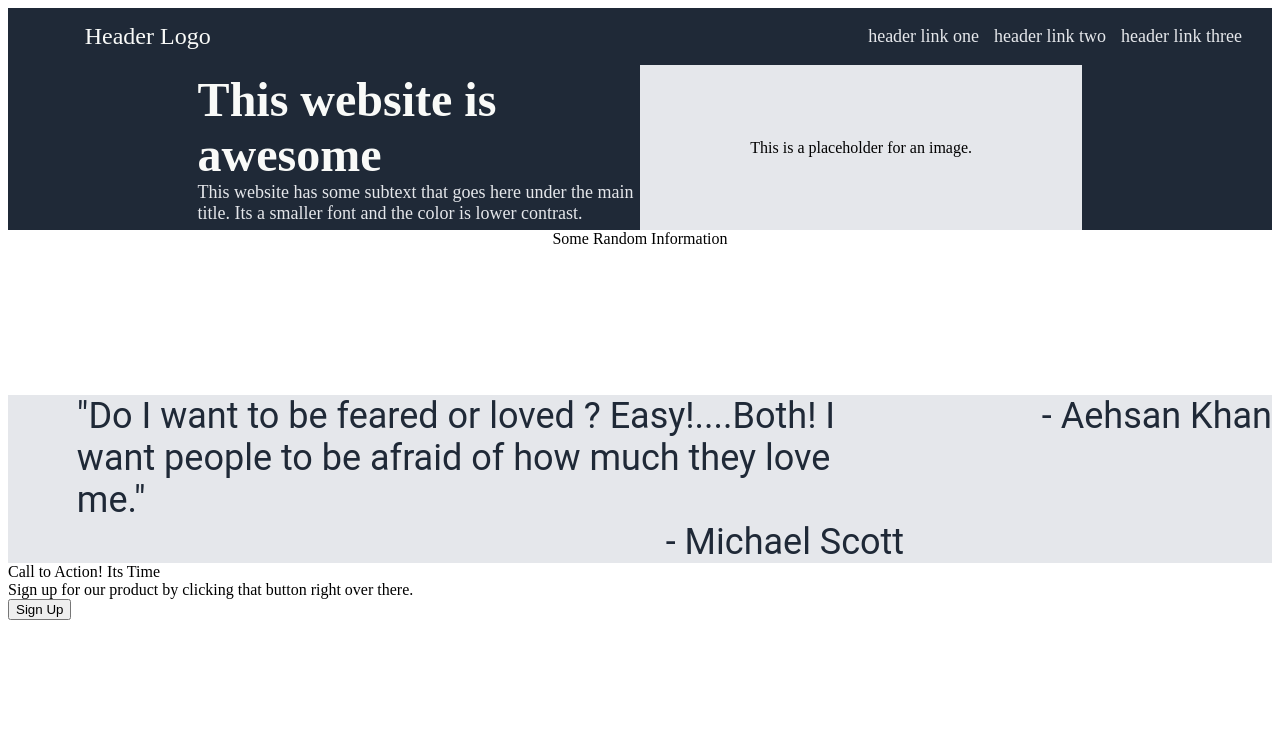
Repository: Aehsan4004/odinlandpage
Page: index.html
These files come from the project's save history. The page is drawn as it stood at one moment and after the next save; the edit follows.
The browser window is 1280 px wide. The pictures show the whole page.

Above is the page before, as saved 2025-02-10 17:57:05.

### index.html
<!DOCTYPE html>
<html lang="en">
<head>
    <meta charset="UTF-8">
    <meta name="viewport" content="width=device-width, initial-scale=1.0">
    <title>Odin Project Landing Page</title>
    <link rel="stylesheet" href="styles.css">
</head>
<body>
    <div class="one">
        <div class="logo">
            Header Logo
        </div>
        <div class="head-links">
            <ul>
                <li>header link one</li>
                <li>header link two</li>
                <li>header link three</li>
            </ul>
        </div>
    </div>

    <div class="two">
        <div class="left-box">
            <div class="title">
                This website is awesome
            </div>

            <div class="content">
                This website has some subtext that goes here under the main title. Its a smaller font and the color is lower contrast.
            </div>

        </div>
        <div class="right-box">
            This is a placeholder for an image.
        </div>

    </div>

    <div class="three">
        <div class="opt-head">
            Some Random Information
        </div>
        <div class="menu-box">
            <div class="box" id="1"></div>
            <div class="box" id="2"></div>
            <div class="box" id="3"></div>
            <div class="box" id="4"></div>
        </div>

    </div>

    <div class="four">
        <div class="quote">
            "Do I want to be feared or loved ?
             Easy!....Both!
             I want people to be afraid of how much they love me."
        </div>
        <div class="quoter"> - Michael Scott</div>
        <div class="requoter"> - Aehsan Khan</div>
    </div>

    <div class="five">
        <div class="foot-box">
            <div class="call2act">
                <div class="main"> Call to Action! Its Time</div>
                <div class="supp">Sign up for our product by clicking that button right over there.</div>
            </div>
            <button class="signup-btn">Sign Up</button>
        </div>
    </div>
</body>
</html>

### styles.css
body {
    display: flex;
    flex-direction: column;
    /* flex: 1 1 100%; */
    /* min-height: 100%; */
    /* align-items: center; */
    justify-content: center;
    height: 100vh;
}

.one {
    display: flex;
    justify-content: space-between;
    align-items: center;
    background-color: #1f2937;
    padding: 15px;
    height: 4vh;
}

.logo {
    font-size: 24px;
    color: #f9faf8;
    margin-left: 5%;
}

.head-links {
    color: #e5e7eb;
    font-size: 18px;
    /* margin: 15px; */
    margin-right: 15px;
}

ul {
    list-style: none;  /* Removes bullet points */
    padding: 0;
    margin: 0;
    display: flex;  /* Makes list items appear in a row */
    gap: 15px;  /* Adds spacing between items */
}

.two {
    display: flex;
    background-color: #1f2937;
    justify-content: center;
    /* margin-top: 20px; */
    height: 24vh;
}
.left-box {
    display: flex;
    flex-direction: column;
    justify-content: center;
    align-items: flex-start;
    /* flex: 1 1 40%; */
    width: 35%;
    flex-wrap: wrap;
}

.title {
    font-weight: 900;
    color: #f9faf8;
    font-size: 48px;
    width: 80%;
}

.content {
    font-size: 18px;
    color: #e5e7eb;
    /* width: 80%; */
}

.right-box {
    display: flex;
    /* flex: 1 1 40%; */
    width: 35%;
    background-color: #e5e7eb;
    flex-wrap: wrap;
    justify-content: center;
    align-items: center;
}

.three {
    height: 24vh;
    display: flex;
    flex-direction: column;
    align-items: center;
}

.menu-box {
    display: flex;
    align-items: center;
    justify-content: center;

}

.box {
    border: 5px;
    height: 18vh;
    width: 18vh;
    border-radius: 5px;
    border-color: #3882f6;
}

.four {
    height: 24vh;
    display: flex;
    flex-flow: column wrap;
    align-items: center;
    background-color: #e5e7eb;
    color: #1f2937;
    font-size: 36px;
    font-family: 'roboto', sans-serif;
    font-style: 'light-italic';
}

.quote {
    width: 60%;
}

.quoter, .requoter {
    align-self: flex-end;
}



.five {
    height: 24vh;
}

After the next save:
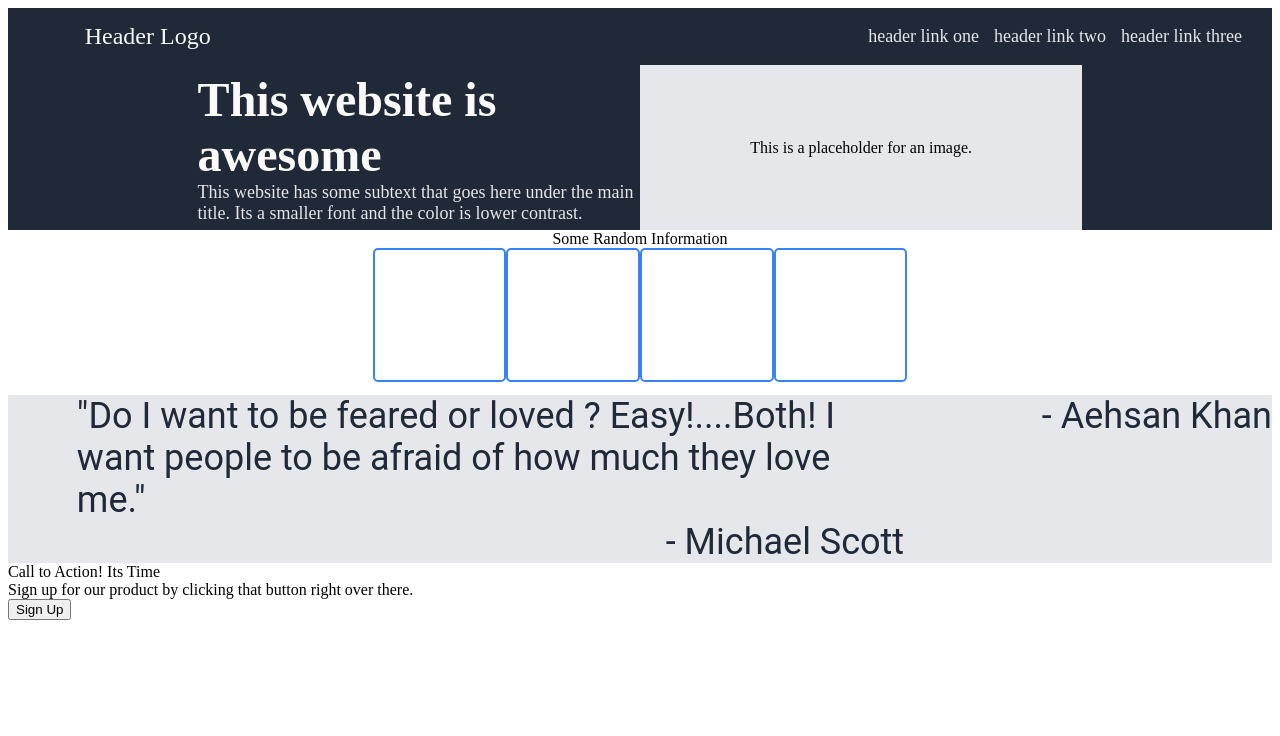
Saved 2 min 6 s later.
--- a/styles.css
+++ b/styles.css
@@ -93,11 +93,11 @@ ul {
 }
 
 .box {
-    border: 5px;
+    border: 2px solid #3882f6;
     height: 18vh;
     width: 18vh;
     border-radius: 5px;
-    border-color: #3882f6;
+    /* border-color: #3882f6; */
 }
 
 .four {
